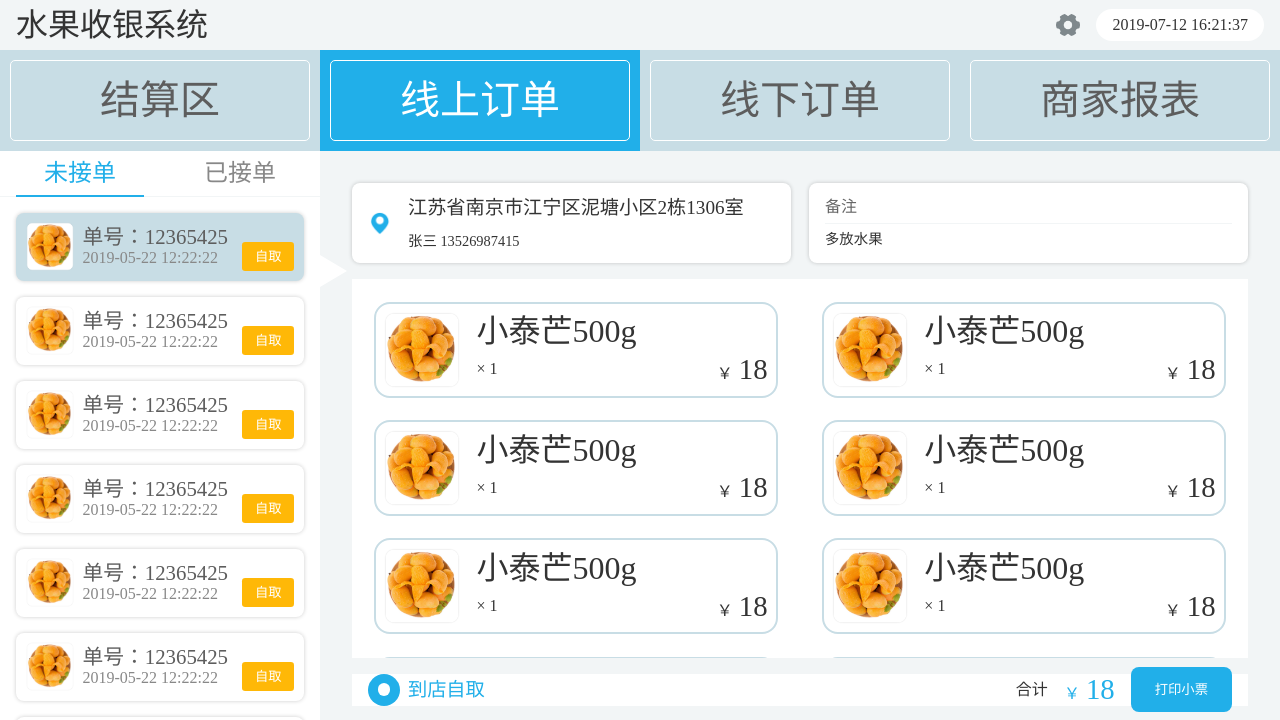
Repository: missing-star/fruit
Page: index.html
An editor plug-in stored every save of this project. The page is shown before and after the next save, followed by the edit.
The browser window is 1280 px wide. The pictures show the whole page.
An inner scrolling area shows only its first screen.

Above is the page before, as saved 2019-07-15 09:21:47.

### index.html
<!DOCTYPE html>
<html lang="en">

<head>
    <meta charset="UTF-8">
    <meta name="viewport" content="width=device-width, initial-scale=1.0">
    <meta http-equiv="X-UA-Compatible" content="ie=edge">
    <title>水果收银系统</title>
    <link rel="stylesheet" href="./css/index.css">
</head>

<body>
    <div id="app">
        <header class="title-bar">
            <p class="title">水果收银系统</p>
            <div class="right-part-show">
                <img src="./images/setting.png" alt="设置" class="setting-icon">
                <p class="show-current-time">{{currentTime}}</p>
            </div>
        </header>
        <ul class="category-tab">
            <li class="category-item" :class="{active:currentIndex == 0}" @click="switchTab(0)">
                <p class="category-title">结算区</p>
            </li>
            <li class="category-item" :class="{active:currentIndex == 1}" @click="switchTab(1)">
                <p class="category-title">线上订单</p>
            </li>
            <li class="category-item" :class="{active:currentIndex == 2}" @click="switchTab(2)">
                <p class="category-title">线下订单</p>
            </li>
            <li class="category-item" :class="{active:currentIndex == 3}" @click="switchTab(3)">
                <p class="category-title">商家报表</p>
            </li>
        </ul>
        <!-- 结算区 -->
        <div v-show="currentIndex == 0" class="main-content">
            <div class="operation-wrapper">
                <ul class="goods-list-wrapper">
                    <li v-for="n in 10" class="goods-item">
                        <div class="goods-pic-wrapper">
                            <span class="delete-icon pointer"></span>
                            <img src="./images/goods.png" class="goods-pic">
                        </div>
                        <div class="goods-detail">
                            <p class="goods-title">苹果</p>
                            <p class="goods-spec">规格：12元/250g</p>
                            <p class="goods-money">
                                <span class="goods-weight">重量357g</span>
                                <span class="goods-price">
                                    <i class="money-icon black">￥</i>
                                    <i class="money-number black">18</i>
                                </span>
                            </p>
                        </div>
                    </li>
                </ul>
                <div class="calculator-scope">
                    <div class="show-total-money">
                        <p class="total-title">共4件商品</p>
                        <p class="total-money">
                            <span class="money-title">合计</span>
                            <span class="show-money">
                                <i class="money-icon blue">￥</i>
                                <i class="money-number blue">54.00</i>
                            </span>
                        </p>
                    </div>
                    <div class="operation-group">
                        <div class="left-part">
                            <button class="order-list pointer">挂单列表</button>
                            <button class="go-order pointer">挂单</button>
                        </div>
                        <button class="right-part pointer">
                            结算
                        </button>
                    </div>
                </div>
            </div>
            <div class="goods-choice-wrapper">
                <ul class="goods-category-wrapper">
                    <li @click="switchSubTab(n-1)" :class="{active:subCurrentIndex == n-1}" v-for="n in 20"
                        class="goods-category-item pointer">
                        分类
                    </li>
                </ul>
                <ul class="goods-choice-list">
                    <li v-for="n in 20" class="goods-choice-item">
                        <img src="./images/goods.png" class="goods-show-pic">
                        <p class="goods-desc">
                            <span class="goods-name">小泰芒</span>
                            <span class="price-weight">23元 / 250g</span>
                        </p>
                    </li>
                </ul>
            </div>
        </div>
        <!-- 线上订单 -->
        <div v-show="currentIndex == 1" class="main-content">
            <div class="operation-wrapper">
                <ul class="tab-wrapper">
                    <li @click="switchOnlineTab(0)" :class="{active:onlineCurrentIndex == 0}" class="tab-item pointer">
                        未接单</li>
                    <li @click="switchOnlineTab(1)" :class="{active:onlineCurrentIndex == 1}" class="tab-item pointer">
                        已接单</li>
                </ul>
                <div class="order-list-wrapper">
                    <ul v-show="onlineCurrentIndex == 0" class="accept-wrapper">
                        <li @click="getOrderDetail(0,n)" v-for="n in 20" class="order-item pointer"
                            :class="{active:currentOrder == n && onlineCurrentIndex == 0}">
                            <img src="./images/goods.png" class="order-goods-pic">
                            <div class="order-detail">
                                <p class="order-number">单号：12365425</p>
                                <p class="order-date">2019-05-22 12:22:22</p>
                            </div>
                            <button class="post-way self">自取</button>
                        </li>
                    </ul>
                    <ul v-show="onlineCurrentIndex == 1" class="accept-wrapper">
                        <li @click="getOrderDetail(1,n)" v-for="n in 20" class="order-item pointer"
                            :class="{active:currentOrder == n && onlineCurrentIndex == 1}">
                            <img src="./images/goods.png" class="order-goods-pic">
                            <div class="order-detail">
                                <p class="order-number">单号：12365425</p>
                                <p class="order-date">2019-05-22 12:22:22</p>
                            </div>
                            <button class="post-way post">自取</button>
                        </li>
                    </ul>
                </div>
            </div>
            <div class="order-detail-wrapper">
                <!-- 倒三角 -->
                <div class="triangle"></div>
                <div class="user-info">
                    <div class="user-address info-part">
                        <img src="./images/location.png" class="location">
                        <div class="address-detail">
                            <p class="address">江苏省南京市江宁区泥塘小区2栋1306室</p>
                            <p class="user-detail">张三 13526987415</p>
                        </div>
                    </div>
                    <div class="user-comment info-part">
                        <p class="comment-title">备注</p>
                        <p class="user-detail">多放水果</p>
                    </div>
                </div>
                <ul class="order-detail-goods-list-wrapper">
                    <li v-for="n in 30" class="order-detail-goods-item">
                        <img src="./images/goods.png" class="order-detail-goods-pic">
                        <div class="order-detail-goods-detail">
                            <p class="title">小泰芒500g</p>
                            <p class="number-money">
                                <span class="goods-num">× 1</span>
                                <span class="goods-price">
                                    <i class="money-icon black">￥</i>
                                    <i class="money-number black">18</i>
                                </span>
                            </p>
                        </div>
                    </li>
                </ul>
                <div class="ticket-print-wrapper">
                    <div class="is-in-shop">
                        <div class="checkbox-wrapper">
                            <div class="checkbox-inner"></div>
                        </div>
                        <span class="check-titl">到店自取</span>
                    </div>
                    <div class="right-calculator">
                        <p class="calculator-title">合计</p>
                        <span class="goods-price">
                            <i class="money-icon blue">￥</i>
                            <i class="money-number blue">18</i>
                        </span>
                        <button class="print-action pointer">打印小票</button>
                    </div>
                </div>
            </div>
        </div>
        <div v-show="currentIndex == 2" class="main-content">
            <div class="operation-wrapper">
                <ul class="tab-wrapper">
                    <li @click="switchOnlineTab(0)" :class="{active:onlineCurrentIndex == 0}" class="tab-item pointer">
                        未接单</li>
                    <li @click="switchOnlineTab(1)" :class="{active:onlineCurrentIndex == 1}" class="tab-item pointer">
                        已接单</li>
                </ul>
                <div class="order-list-wrapper">
                    <ul v-show="onlineCurrentIndex == 0" class="accept-wrapper">
                        <li @click="getOrderDetail(0,n)" v-for="n in 20" class="order-item pointer"
                            :class="{active:currentOrder == n && onlineCurrentIndex == 0}">
                            <img src="./images/goods.png" class="order-goods-pic">
                            <div class="order-detail">
                                <p class="order-number">单号：12365425</p>
                                <p class="order-date">2019-05-22 12:22:22</p>
                            </div>
                            <button class="post-way self">自取</button>
                        </li>
                    </ul>
                    <ul v-show="onlineCurrentIndex == 1" class="accept-wrapper">
                        <li @click="getOrderDetail(1,n)" v-for="n in 20" class="order-item pointer"
                            :class="{active:currentOrder == n && onlineCurrentIndex == 1}">
                            <img src="./images/goods.png" class="order-goods-pic">
                            <div class="order-detail">
                                <p class="order-number">单号：12365425</p>
                                <p class="order-date">2019-05-22 12:22:22</p>
                            </div>
                            <button class="post-way post">自取</button>
                        </li>
                    </ul>
                </div>
            </div>
            <div class="order-detail-wrapper">
                <!-- 倒三角 -->
                <div class="triangle"></div>
                <ul class="order-detail-goods-list-wrapper offline">
                    <li v-for="n in 30" class="order-detail-goods-item">
                        <img src="./images/goods.png" class="order-detail-goods-pic">
                        <div class="order-detail-goods-detail">
                            <p class="title">小泰芒500g</p>
                            <p class="number-money">
                                <span class="goods-num">× 1</span>
                                <span class="goods-price">
                                    <i class="money-icon black">￥</i>
                                    <i class="money-number black">18</i>
                                </span>
                            </p>
                        </div>
                    </li>
                </ul>
                <div class="ticket-print-wrapper">
                    <div class="is-in-shop">
                        <div class="checkbox-wrapper">
                            <div class="checkbox-inner"></div>
                        </div>
                        <span class="check-titl">到店自取</span>
                    </div>
                    <div class="right-calculator">
                        <p class="calculator-title">合计</p>
                        <span class="goods-price">
                            <i class="money-icon blue">￥</i>
                            <i class="money-number blue">18</i>
                        </span>
                        <button class="print-action pointer">打印小票</button>
                    </div>
                </div>
            </div>
        </div>
        <div v-show="currentIndex == 3" class="main-content">

        </div>
    </div>
    <script src="https://cdn.bootcss.com/vue/2.6.10/vue.js"></script>
    <script src="./js/index.js"></script>
</body>

</html>

### css/index.css
html,
body,
div#app {
    height: 100%;
    background: #FFFFFF;
    min-width: 1200px;
}

body {
    font-size: calc(100vw / 19.2);
}

* {
    padding: 0;
    margin: 0;
    list-style: none;
    box-sizing: border-box;
    line-height: 100%;
    color: #333333;
    font-style: normal;
}

header.title-bar {
    background: #F2F5F6;
    padding: 1rem;
    height: 7%;
    display: flex;
    align-items: center;
    justify-content: space-between;
}

p.title {
    font-size: 2rem;
}

.right-part-show {
    display: flex;
    align-items: center;
    justify-content: space-around;
}

img.setting-icon {
    width: 1.5rem;
    margin-right: 1rem;
    cursor: pointer;
}

p.show-current-time {
    font-size: 1rem;
    background: #FFFFFF;
    padding: 0.5rem 1rem;
    border-radius: 10rem;
}

ul.category-tab {
    width: 100%;
    height: 14%;
    display: flex;
    align-items: center;
    justify-content: space-around;
    background: #C8DDE5;
}

li.category-item {
    width: 100%;
    height: 100%;
    display: flex;
    align-items: center;
    justify-content: center;
    padding: 10px;
    cursor: pointer;
}

li.category-item p.category-title {
    color: #5D5D5D;
    border: 1px solid #FFFFFF;
    border-radius: 5px;
    width: 100%;
    height: 100%;
    display: flex;
    align-items: center;
    justify-content: center;
    white-space: nowrap;
    font-size: 2.5rem;
}

li.category-item.active {
    background: #21AFE9;
}

li.category-item.active p.category-title {
    color: #FFFFFF;
}

.pointer {
    cursor: pointer;
}

.main-content {
    height: 79%;
    display: flex;
}

.operation-wrapper {
    width: 25%;
    height: 100%;
}

li.goods-item {
    height: 13vh;
    box-shadow: 0px 0px 4px 0px rgba(0, 0, 0, 0.2);
    border-radius: 10px;
    margin: 1rem 0;
    display: flex;
}

.goods-pic-wrapper {
    position: relative;
    height: 100%;
    width: 30%;
    padding: 1rem;
}

img.goods-pic {
    width: 100%;
    height: auto;
}

ul.goods-list-wrapper {
    height: 75%;
    overflow: auto;
    padding: 0.5rem;
}

.calculator-scope {
    height: 25%;
}

span.delete-icon {
    width: 1.5rem;
    height: 1.5rem;
    background: url(../images/delete.png) no-repeat;
    background-size: 100% 100%;
    display: block;
    position: absolute;
    left: 0.5rem;
    top: 0.5rem;
}

.goods-detail {
    width: 70%;
    height: 100%;
}

p.goods-title {
    color: #000000;
    font-size: 2rem;
}

p.goods-spec {
    color: #6B6B6B;
    font-size: 1.2rem;
}

p.goods-money {
    display: flex;
    align-items: center;
    justify-content: space-between;
}

span.goods-weight {
    color: #FE7204;
    font-size: 1.5rem;
}

span.goods-price {
    font-size: 1.5rem;
}

.goods-detail {
    width: 70%;
    height: 100%;
    display: flex;
    flex-direction: column;
    justify-content: space-between;
    padding: 1rem;
}

i.money-number {
    font-size: 1.8rem;
}

i.money-icon {
    font-size: 1rem;
}

i.money-number.blue,
i.money-icon.blue {
    color: #21AFE9;
}

.calculator-scope {
    border-top: 2px solid rgba(242, 245, 246, 1);
    padding: 1rem;
}

div.show-total-money {
    background: rgba(242, 245, 246, 1);
    display: flex;
    align-items: center;
    justify-content: space-between;
    font-size: 1.2rem;
    height: 30%;
    padding: 1rem;
    border-radius: 0.5rem;
    box-shadow: 0px 1px 4px 0px rgba(0, 0, 0, 0.2);
}

.operation-group {
    display: flex;
    align-items: center;
    justify-content: space-between;
    height: 70%;
    padding-top: 1rem;
}

p.total-title {
    color: #5D5D5D;
}

span.money-title {
    color: #333333;
}

button.order-list.pointer {
    background: #FFC639;
    outline: 0;
    border: none;
    color: #FFFFFF;
    width: 100%;
    height: 40%;
}

.left-part {
    width: 55%;
    height: 100%;
    display: flex;
    flex-direction: column;
    align-items: flex-start;
    justify-content: space-between;
}

button.order-list.pointer,
button.go-order.pointer {
    border-radius: 0.5rem;
    background: #FFC639;
    outline: 0;
    border: none;
    color: #FFFFFF;
    width: 85%;
    height: 44%;
    font-size: 1.5rem;
}

button.go-order.pointer {
    background: #FF7A05;
}

.right-part {
    background: #21AFE9;
    border-radius: 0.5rem;
    color: #FFFFFF;
    font-size: 2rem;
    width: 45%;
    height: 100%;
    display: flex;
    align-items: center;
    justify-content: center;
    outline: 0;
    border: none;
}

ul.goods-category-wrapper {
    height: 100%;
    overflow: auto;
}

.goods-choice-wrapper {
    width: 75%;
    display: flex;
}

ul.goods-category-wrapper {
    width: 15%;
    height: 100%;
    overflow: auto;
}

li.goods-category-item {
    font-size: 1.5rem;
    display: flex;
    align-items: center;
    justify-content: center;
    height: 4rem;
    background: #EAEFF1;
    color: #5D5D5D;
    border-bottom: 2px solid #FFFFFF;
}

li.goods-category-item.active {
    background: #21AFE9;
    color: #FFFFFF;
}

ul.goods-choice-list {
    height: 100%;
    overflow: auto;
    width: 85%;
    background: #F2F5F6;
    display: flex;
    flex-wrap: wrap;
}

img.goods-show-pic {
    width: 100%;
}

li.goods-choice-item {
    width: 25%;
    margin: 2% calc(25% / 6);
    background: #FFFFFF;
    border-radius: 1rem;
    padding: 1rem;
}

p.goods-desc {
    display: flex;
    flex-direction: column;
    padding: 0 1rem;
}

span.goods-name {
    color: #333333;
    font-size: 2rem;
    margin-bottom: 1rem;
}

span.price-weight {
    color: #888888;
    font-size: 1.3rem;
}

ul::-webkit-scrollbar {
    height: 0;
    width: 4px;
}

ul::-webkit-scrollbar {
    width: 0px;
    /*对垂直流动条有效*/
    height: 0px;
    /*对水平流动条有效*/
}

/*定义滚动条的轨道颜色、内阴影及圆角*/
ul::-webkit-scrollbar-track {
    background-color: #FFFFFF;
    border-radius: 3px;
}


/*定义滑块颜色、内阴影及圆角*/
ul::-webkit-scrollbar-thumb {
    border-radius: 7px;
    background-color: #aaa;
}

ul.tab-wrapper {
    width: 100%;
    height: 8%;
    font-size: 1.5rem;
    display: flex;
    align-items: center;
    justify-content: space-around;
    border-bottom: 1px solid rgba(242, 245, 246, 1);
}

li.tab-item {
    color: #888888;
    position: relative;
    width: 50%;
    text-align: center;
    height: 100%;
    display: flex;
    align-items: center;
    justify-content: center;
}

li.tab-item.active {
    color: #21AFE9;
}

li.tab-item.active:after {
    content: '';
    width: 80%;
    height: 2px;
    background: #21AFE9;
    position: absolute;
    bottom: -1px;
    left: 10%;
}

.order-list-wrapper {
    height: 92%;
    position: relative;
}

ul.accept-wrapper {
    width: 100%;
    height: 100%;
    overflow: auto;
}

li.order-item {
    display: flex;
    align-items: center;
    justify-content: space-between;
    height: 13%;
    font-size: 1rem;
    box-shadow: 0px 0px 4px 0px rgba(0, 0, 0, 0.2);
    border-radius: 0.5rem;
    margin: 1rem;
    padding: 0.6rem;
}

img.order-goods-pic {
    height: 100%;
}

button.post-way {
    align-self: flex-end;
    border: none;
    outline: 0;
    color: #FFFFFF;
    padding: 0.5rem 0.8rem;
    border-radius: 0.2rem;
}

button.post-way.self {
    background: #FFB807;
}

button.post-way.post {
    background: #FF7A05;
}

p.order-number {
    color: #5D5D5D;
    font-size: 1.3rem;
}

p.order-date {
    color: #888888;
    font-size: 1rem;
}

.order-detail {
    flex: 1;
    height: 85%;
    display: flex;
    align-items: flex-start;
    padding-left: 0.5rem;
    justify-content: space-around;
    flex-direction: column;
}

li.order-item.active {
    background: #C8DDE5;
}

.order-detail-wrapper {
    width: 75%;
    height: 100%;
    background: #F2F5F6;
    padding: 2rem;
    position: relative;
}

.user-info {
    display: flex;
    align-items: center;
    justify-content: space-between;
    font-size: 1rem;
}

.info-part {
    box-shadow: 0px 0px 4px 0px rgba(0, 0, 0, 0.2);
    border-radius: 0.5rem;
    width: 49%;
    padding: 1rem;
    height: 5rem;
    display: flex;
    align-items: center;
    background: #FFFFFF;
}

img.location {
    width: 1.5rem;
}

.address-detail {
    padding-left: 1rem;
}

p.address {
    color: #333333;
    font-size: 1.2rem;
    padding-bottom: 0.5rem;
}

p.user-detail {
    font-size: 0.9rem;
    padding-top: 0.5rem;
}

.user-comment.info-part {
    display: flex;
    flex-direction: column;
    align-items: flex-start;
}

p.comment-title {
    color: #666666;
    padding-bottom: 0.5rem;
    width: 100%;
    border-bottom: 1px solid #F2F5F6;
}

ul.order-detail-goods-list-wrapper {
    height: 75%;
    overflow: auto;
    margin-top: 1rem;
    display: flex;
    flex-wrap: wrap;
    background: #FFFFFF;
}
ul.order-detail-goods-list-wrapper.offline{
    height: calc(75% + 6rem);
    margin-top: 0;
}
img.order-detail-goods-pic {
    height: 100%;
}

li.order-detail-goods-item {
    width: 45%;
    margin: 2.5%;
    margin-bottom: 0;
    height: 6rem;
    border: 2px solid #C8DDE5;
    border-radius: 1rem;
    padding: 0.5rem;
    display: flex;
    align-items: center;
    font-size: 1rem;
}

.order-detail-goods-detail {
    flex: 1;
    height: 100%;
    display: flex;
    flex-direction: column;
    justify-content: space-around;
    padding-left: 1rem;
}

p.number-money {
    display: flex;
    align-items: center;
    justify-content: space-between;
}

.ticket-print-wrapper {
    height: calc(100% - 6rem - 75%);
    background: #FFFFFF;
    margin-top: 1rem;
    font-size: 1rem;
    display: flex;
    align-items: center;
    justify-content: space-between;
    padding: 1rem;
}

div.is-in-shop {
    display: flex;
    align-items: center;
}

.checkbox-wrapper {
    width: 2rem;
    height: 2rem;
    background: #21AFE9;
    border-radius: 50%;
    display: flex;
    align-items: center;
    justify-content: center;
}

.checkbox-inner {
    background: #FFFFFF;
    width: 40%;
    height: 40%;
    border-radius: 50%;
}

span.check-titl {
    color: #21AFE9;
    font-size: 1.2rem;
    padding-left: 0.5rem;
}

.right-calculator {
    display: flex;
    align-items: center;
    justify-content: space-between;
}

button.print-action {
    background: #21AFE9;
    outline: 0;
    border: none;
    color: #FFFFFF;
    padding: 1rem 1.5rem;
    border-radius: 0.5rem;
    margin-left: 1rem;
}

p.calculator-title {
    margin-right: 1rem;
}

.triangle {
    width: 0;
    height: 0;
    border-left: 1.7rem solid #FFFFFF;
    border-top: 1rem solid transparent;
    border-right: 1.7rem solid transparent;
    border-bottom: 1rem solid transparent;
    position: absolute;
    left: 0;
    top: 6.5rem;
}

### js/index.js
new Vue({
    el: '#app',
    data: {
        currentTime: '0000-00-00 00:00:00',
        currentIndex:1,
        subCurrentIndex:0,
        onlineCurrentIndex:0,
        currentOrder:1
    },
    methods: {
        getCurrentTime: function () {
            var date = new Date();
            var year = date.getFullYear();
            var month = (date.getMonth() + 1) < 10 ? '0' + (date.getMonth() + 1) : (date.getMonth() + 1);
            var day = date.getDate() < 10 ? '0' + date.getDate() : date.getDate();
            var hour = date.getHours() < 10 ? '0' + date.getHours() : date.getHours();
            var minute = date.getMinutes() < 10 ? '0' + date.getMinutes() : date.getMinutes();
            var second = date.getSeconds() < 10 ? '0' + date.getSeconds() : date.getSeconds();
            this.currentTime = year + '-' + month + '-' + day + ' ' + hour + ':' + minute + ':' + second;
        },
        switchTab:function(index) {
            if(this.currentIndex != index) {
                this.currentIndex = index;
            }
        },
        switchSubTab:function(index) {
            if(this.subCurrentIndex != index) {
                this.subCurrentIndex = index;
            }
        },
        switchOnlineTab:function(index) {
            if(this.onlineCurrentIndex != index) {
                this.onlineCurrentIndex = index;
            }
        },
        getOrderDetail:function(onlineCurrentIndex,currentOrder) {
            if(this.onlineCurrentIndex != onlineCurrentIndex || currentOrder != this.currentOrder) {
                this.onlineCurrentIndex = onlineCurrentIndex;
                this.currentOrder = currentOrder;
            }
        }
    },
    created: function () {
        var vm = this;
        vm.getCurrentTime();
        setInterval(function(){
            vm.getCurrentTime();
        }, 1000);
    }
});

After the next save:
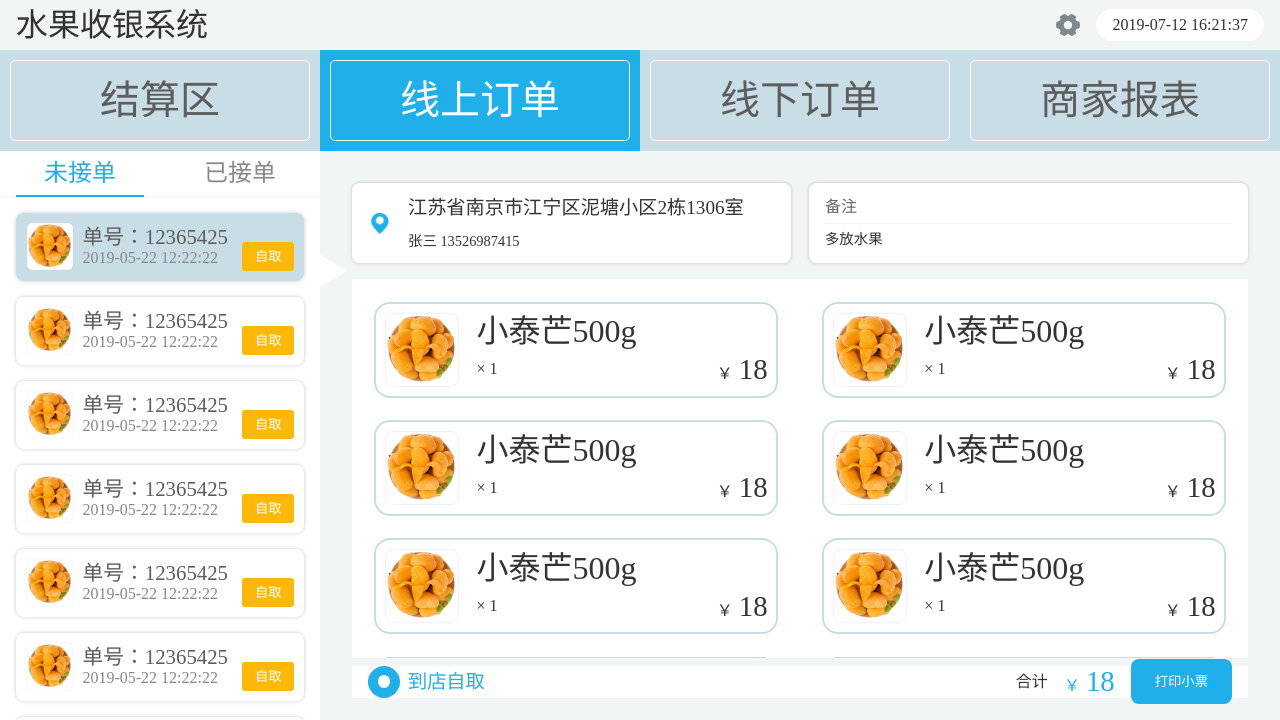
Saved 34 s later.
--- a/css/index.css
+++ b/css/index.css
@@ -583,7 +583,7 @@ p.number-money {
 .ticket-print-wrapper {
     height: calc(100% - 6rem - 75%);
     background: #FFFFFF;
-    margin-top: 1rem;
+    margin-top: 0.5rem;
     font-size: 1rem;
     display: flex;
     align-items: center;
